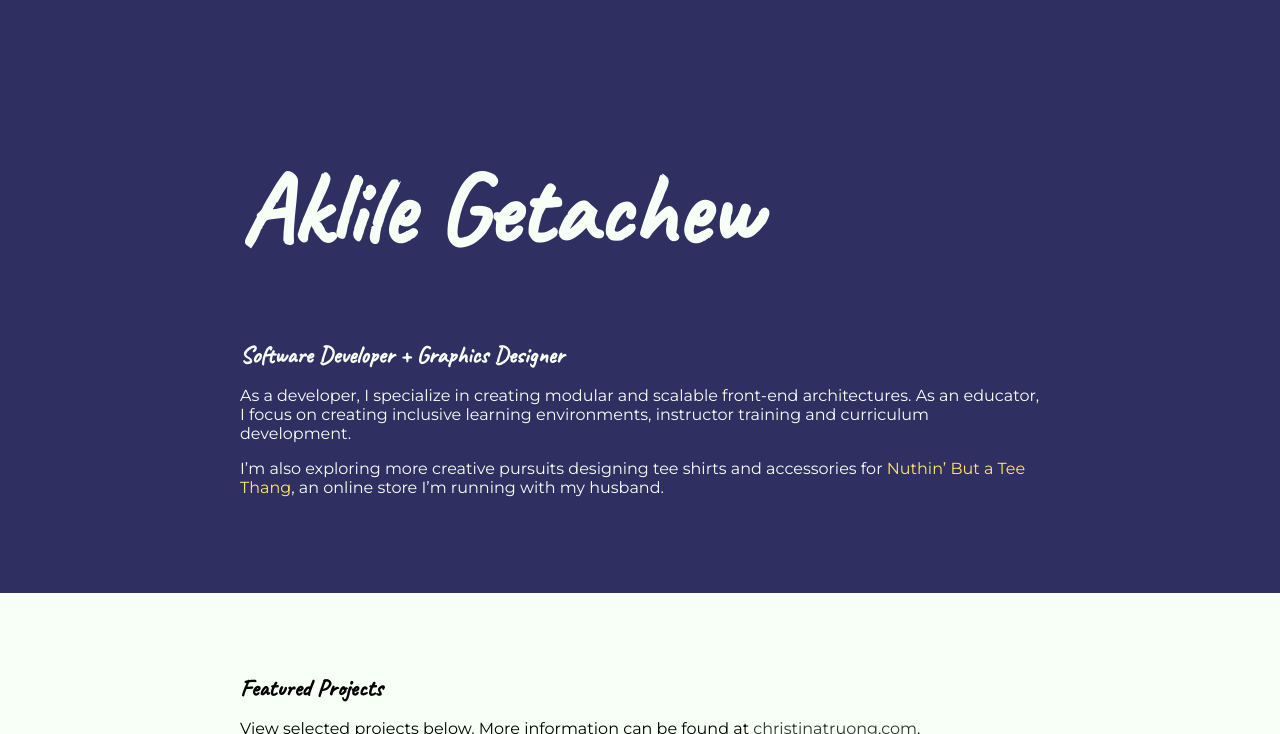
Repository: Aklilegetachew/my-Portfolio
Page: index.html
The author's editor kept a copy of each file at every save. The page is drawn from the files as they stood at one save, then again after the next save.
The browser window is 1280 px wide. The pictures show the part of the page from y = 0 to 734 px (the page is 3972 px tall before and 4350 px after).
A picture or video elsewhere on the page could not be fetched, so the positions and the page height are approximate.

Above is the page before, as saved 2021-11-23 14:33:34.

After the next save:
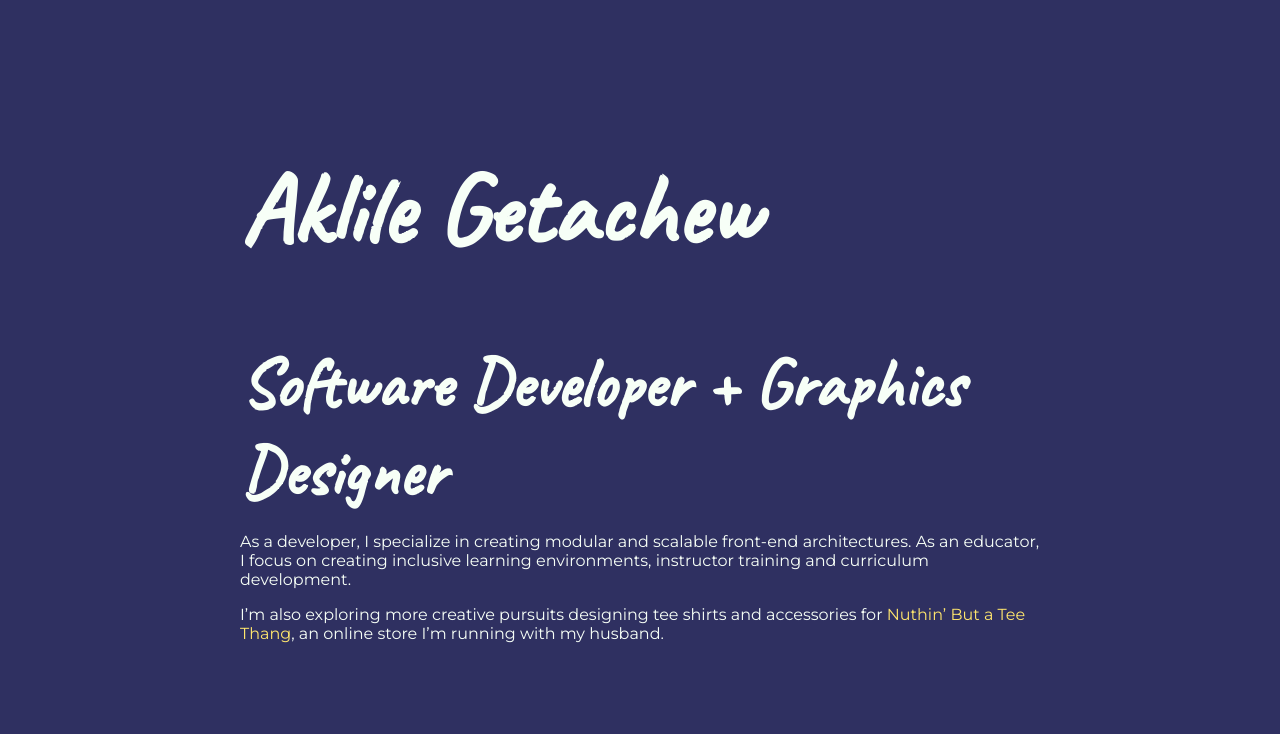
Saved 43 s later.
--- a/css/styles.css
+++ b/css/styles.css
@@ -27,6 +27,7 @@
 }
 h2{
     margin: 0;
+    font-size: 70px;
 }
 h1, h2 {
     font-family: 'Caveat', cursive;
